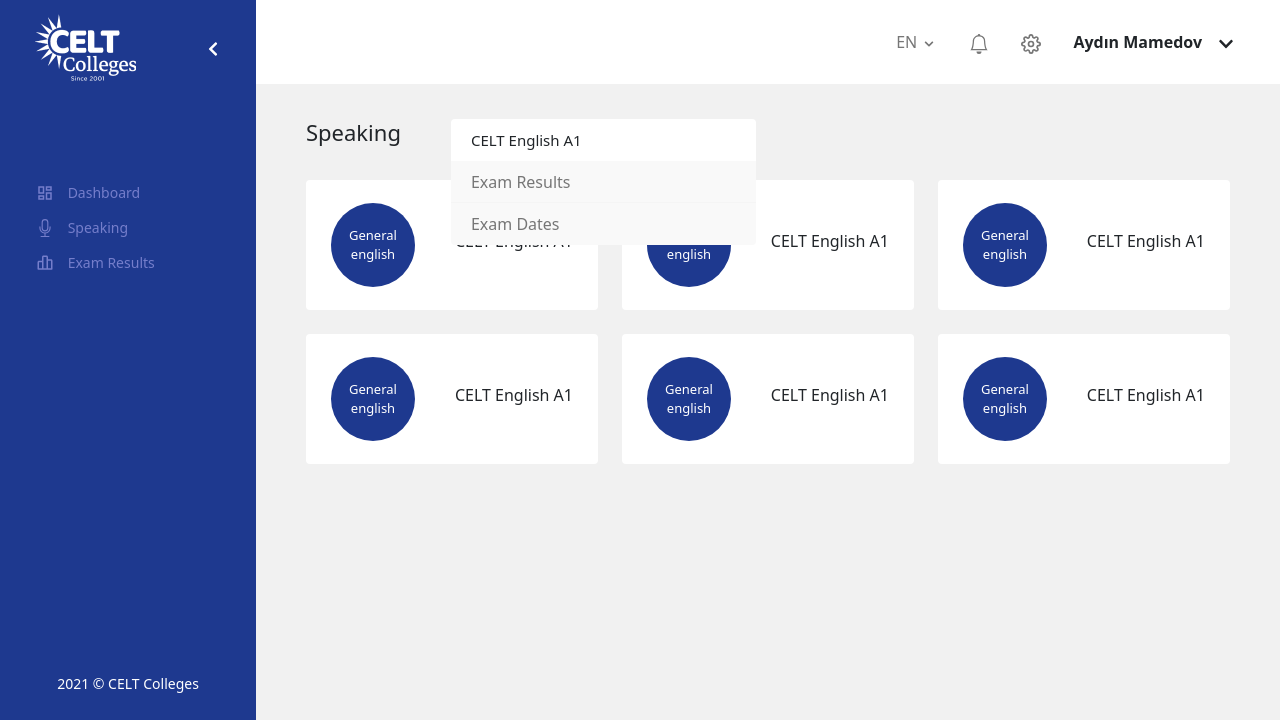
Repository: aydinws/celtapp
Page: /speaking
The author's editor kept a copy of each file at every save. The page is drawn from the files as they stood at one save, then again after the next save.
The browser window is 1280 px wide. The pictures show the whole page.
The project was rebuilt for these pictures with package versions that can differ from the ones it lists, and the page was loaded fresh each time. Also part of the build but not shown: src/pages/Dashboard/index.js, src/pages/ExamResults/index.scss, src/components/Table/index.scss, src/components/Pagination/index.scss, src/components/Pagination/index.js, src/components/Table/index.js, src/pages/ExamResults/index.js.

Above is the page before, as saved 2021-06-10 00:49:22.

After the next save:
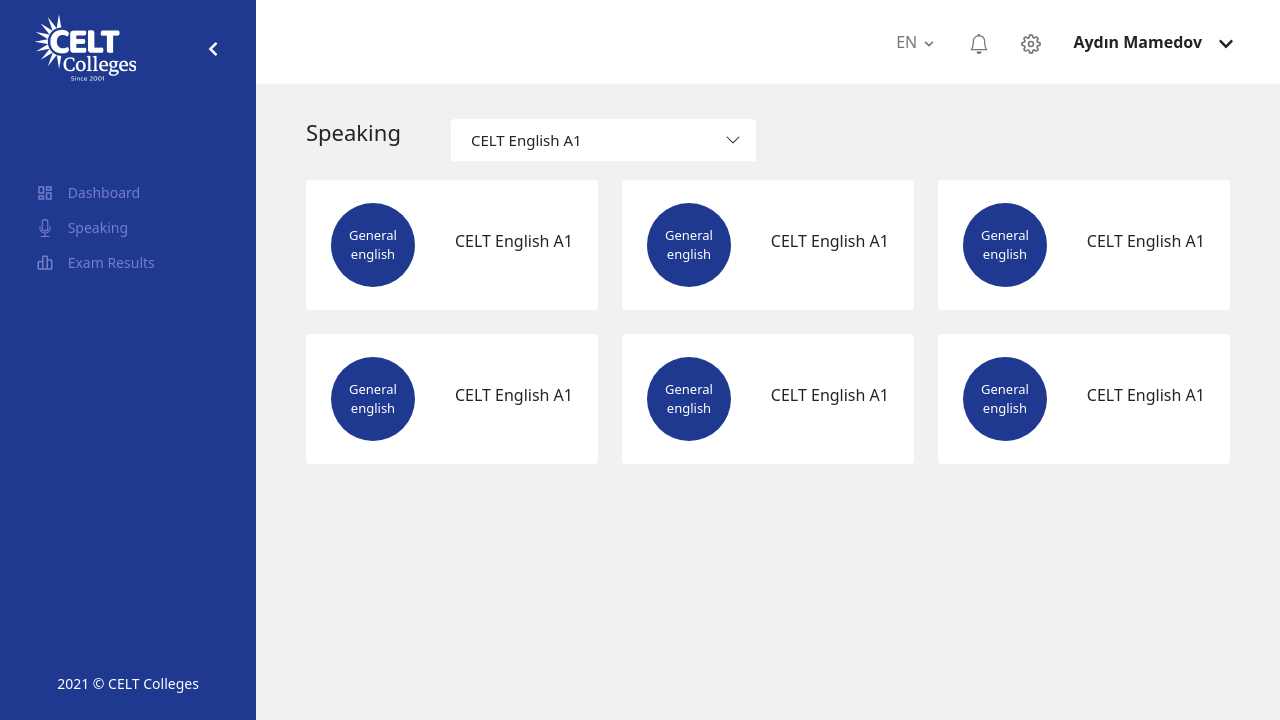
Saved 13 s later.
--- a/src/components/SelectOption/index.js
+++ b/src/components/SelectOption/index.js
@@ -10,14 +10,14 @@
         <div className="select-option">
             <div className="select-option-btn">
                 <span>CELT English A1</span>
-                {visible && <BsChevronDown />}
+                <BsChevronDown />
             </div>
-            <div className="select-option-items">
+            {visible && <div className="select-option-items">
                 <ul>
                     <li><a href="/">Exam Results</a></li>
                     <li><a href="/">Exam Dates</a></li>
                 </ul>
-            </div>
+            </div>}
         </div>
     );
 }
